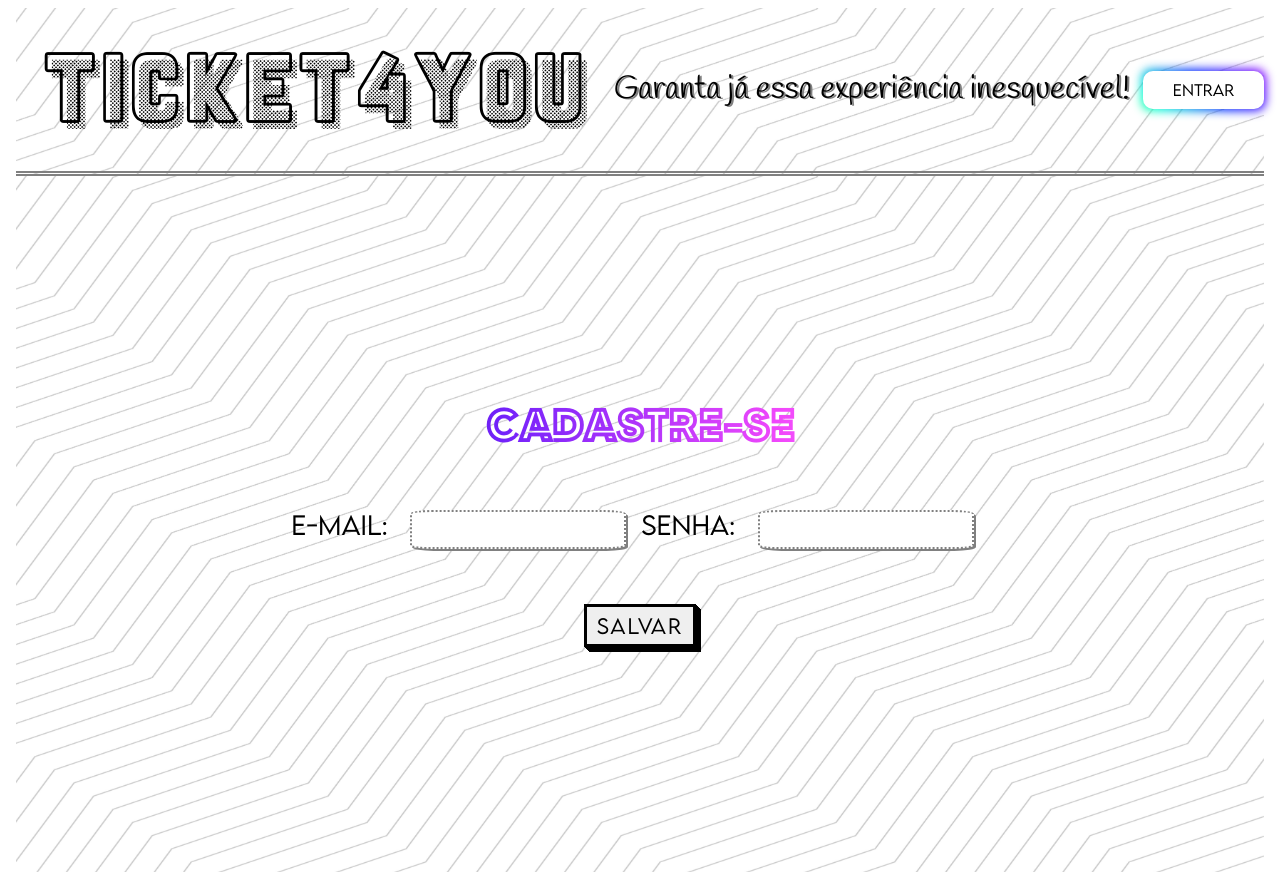
Repository: hellengurgaczz/projeto-DSA
Page: /login/cadastro
An editor plug-in stored every save of this project. The page is shown before and after the next save, followed by the edit.
The browser window is 1280 px wide. The pictures show the whole page.
The project was rebuilt for these pictures with package versions that can differ from the ones it lists, and the page was loaded fresh each time. Also part of the build but not shown: angular.json, src/app/ingressos/templates/cadastrar/cadastrar.component.ts, src/app/models/ingresso.model.ts, src/app/services/ingresso.service.ts, src/app/compra/comprar-ingresso/comprar-ingresso.component.ts, src/app/models/compra.model.ts, src/app/services/compra.service.ts, src/app/ingressos/templates/deletar/deletar.component.ts and 3 more.

Above is the page before, as saved 2022-05-30 14:31:10.

### src/index.html
<!doctype html>
<html lang="en">
<head>
  <meta charset="utf-8">
  <title>ProjetoDSA</title>
  <base href="/">
  <meta name="viewport" content="width=device-width, initial-scale=1">
  <link rel="icon" type="image/x-icon" href="favicon.ico">
</head>
<body>
  <app-root></app-root>
</body>
</html>

### src/app/app.module.ts
import { NgModule } from '@angular/core';
import { BrowserModule } from '@angular/platform-browser';
import { HttpClientModule } from '@angular/common/http';

import { AppRoutingModule } from './app-routing.module';
import { BrowserAnimationsModule } from '@angular/platform-browser/animations';
import { AppComponent } from './app.component';
import { HeaderComponent } from './ingressos/templates/header/header.component';
import { CadastrarComponent } from './ingressos/templates/cadastrar/cadastrar.component';
import { ListarComponent } from './ingressos/templates/listar/listar.component';
import { DeletarComponent } from './ingressos/templates/deletar/deletar.component';
import { EditarComponent } from './ingressos/templates/editar/editar.component';

// imports angular material

import { FormsModule } from '@angular/forms';
import { ComprarIngressoComponent } from './compra/comprar-ingresso/comprar-ingresso.component';
import { LoginComponent } from './login/login.component';
import { LoginCadastroComponent } from './login/login-cadastro/login-cadastro.component';


@NgModule({
  imports: [
    BrowserModule,
    AppRoutingModule,
    HttpClientModule,
    BrowserAnimationsModule,
    FormsModule
  ],
  declarations: [
    AppComponent,
    HeaderComponent,
    CadastrarComponent,
    ListarComponent,
    DeletarComponent,
    EditarComponent,
    ComprarIngressoComponent,
    LoginComponent,
    LoginCadastroComponent
  ],
  providers: [],
  bootstrap: [AppComponent]
})
export class AppModule { }

### src/app/app-routing.module.ts
import { NgModule } from '@angular/core';
import { RouterModule, Routes } from '@angular/router';
import { CadastrarComponent } from './ingressos/templates/cadastrar/cadastrar.component';
import { ComprarIngressoComponent } from './compra/comprar-ingresso/comprar-ingresso.component';
import { DeletarComponent } from './ingressos/templates/deletar/deletar.component';
import { EditarComponent } from './ingressos/templates/editar/editar.component';
import { ListarComponent } from './ingressos/templates/listar/listar.component';
import { LoginComponent } from './login/login.component';
import { LoginCadastroComponent } from './login/login-cadastro/login-cadastro.component';

const routes: Routes = [
  {path: "", component: LoginComponent},
  {path: "cadastrar", component: CadastrarComponent},
  {path: "listar", component: ListarComponent},
  {path: "editar/:id", component: EditarComponent},
  {path: "deletar/:id", component: DeletarComponent},
  {path: "comprar/:id", component: ComprarIngressoComponent},
  {path: "login", component: LoginComponent},
  {path: "login/cadastro", component: LoginCadastroComponent}
];

@NgModule({
  imports: [RouterModule.forRoot(routes)],
  exports: [RouterModule]
})

export class AppRoutingModule { }

### src/app/app.component.ts
import { Component } from '@angular/core';

@Component({
  selector: 'app-root',
  templateUrl: './app.component.html',
  styleUrls: ['./app.component.css']
})
export class AppComponent {
  title = 'projeto-DSA';
}

### src/app/login/login-cadastro/login-cadastro.component.ts
import { Component, OnInit } from '@angular/core';
import { ActivatedRoute, Router } from '@angular/router';
import { Login } from 'src/app/models/login.model';
import { LoginService } from 'src/app/services/login.service';

@Component({
  selector: 'app-login-cadastro',
  templateUrl: './login-cadastro.component.html',
  styleUrls: ['./login-cadastro.component.css']
})
export class LoginCadastroComponent implements OnInit {

  login: Login = new Login();

  constructor(private loginService: LoginService, private router: Router, private route: ActivatedRoute) { }

  ngOnInit(): void {

  }

  salvarLogin() {
    // verifica se este login já não existe:
    if(!this.verificarLogin()) {
      this.loginService.cadastrarLogin(this.login).subscribe(() => {
        this.router.navigate(['/listar']);
      });
    }
  }

  verificarLogin() {
    this.loginService.verificarLogin();

    if(this.login && this.login.senha === this.login.senha) {
      return false;
    } else {
      return true;
    }
  }
}

### src/app/app.component.html
<body>
  <app-header></app-header>

  <main>

    <router-outlet></router-outlet>

  </main>
</body>

### src/app/app.component.css
body {
    background-color: rgba(146, 132, 132, 0.151);
}

### src/app/ingressos/templates/header/header.component.html

<div class="header">
    <div class="titulo">
        <h1 style="font-weight: lighter;">
            TICKET4YOU
        </h1>
        <h4 class="desc">
           Garanta já essa experiência inesquecível!
        </h4>
    </div>
    <div class="login">
        <a routerLink="./login">Entrar</a>
    </div>
</div>

### src/app/ingressos/templates/header/header.component.css
.header {
    display: flex;
    flex-direction: column end;
    background-image: url(../fonts/SL_042620_30310_10.jpg);
    background-size: cover;
    border-bottom: 5px double grey;
}

.titulo {
    display: flex;
    width: 95%;
    align-items: center;
    justify-content: center;
    flex-direction: column end;
    font-size: 25px;
    font-family:AMP;
    margin-left: 15px;
}

.desc{
  font-family: Sacramento;
  font-size: 32px;
  font-weight: normal;
  margin-left: 25px;
  text-shadow: 2px 1px grey;
}

.login {
    display: flex;
    flex-direction: column;
    justify-content: center;
    align-items: center;
}

a{
  padding: 0.6em 2em;
  border: none;
  text-decoration: none;
  font-family: LEMONMILK-Light;
  font-size: 15px;
  outline: none;
  color: rgb(0, 0, 0);
  background: rgb(255, 255, 255);
  cursor: pointer;
  position: relative;
  z-index: 0;
  border-radius: 10px;
  user-select: none;
  -webkit-user-select: none;
  touch-action: manipulation;
}

a::before{
  content: "";
  background: linear-gradient(
    45deg,
    #ff0000,
    #ff7300,
    #fffb00,
    #48ff00,
    #00ffd5,
    #002bff,
    #7a00ff,
    #ff00c8,
    #ff0000
  );
  position: absolute;
  top: -2px;
  left: -2px;
  background-size: 400%;
  z-index: -1;
  filter: blur(5px);
  -webkit-filter: blur(5px);
  width: calc(100% + 4px);
  height: calc(100% + 4px);
  animation: glowing-button-85 20s linear infinite;
  transition: opacity 0.3s ease-in-out;
  border-radius: 10px;
}

a::after{
  z-index: -1;
  content: "";
  position: absolute;
  width: 100%;
  height: 100%;
  background: rgb(255, 255, 255);
  left: 0;
  top: 0;
  border-radius: 10px;
}

@font-face{
  font-family: AMP;
  src:url(../fonts/AMP.ttf)
}

@font-face{
  font-family: LEMONMILK-Light;
  src: url(../fonts/LEMONMILK-Light.otf);
}

@font-face{
  font-family: Sacramento;
  src: url(../fonts/Handlee-Regular.ttf);
}

@keyframes glowing-button-85 {
  0% {
    background-position: 0 0;
  }
  50% {
    background-position: 400% 0;
  }
  100% {
    background-position: 0 0;
  }
}

### src/app/models/login.model.ts
export class Login {
    id: number = 0;
    email?: string;
    senha?: string;
    cpf?: string;
}

### src/app/services/login.service.ts
import { HttpClient } from '@angular/common/http';
import { Injectable } from '@angular/core';
import { ActivatedRoute, Router } from '@angular/router';
import { Observable } from 'rxjs';
import { Login } from '../models/login.model';

@Injectable({
  providedIn: 'root'
})
export class LoginService {

  login: Login = new Login();

  constructor(private http: HttpClient, private router: Router, private route: ActivatedRoute) { }

  URL = "http://localhost:3001/logins";

    buscarLogin(email : String) : Observable<Login>{
      return this.http.get<Login>(this.URL + "/");
    }

    cadastrarLogin(login : Login) : Observable<any> {
      console.log(login)
      return this.http.post(this.URL, login);
    }

    verificarLogin() {
      const email = this.route.snapshot.paramMap.get("email");
      this.buscarLogin(String(email)).subscribe((login) =>{
        this.login = login;
        return login;
      });
    }
}

### src/app/login/login-cadastro/login-cadastro.component.html
<div class="all">
    <div class="cadastrarLogin">
      <h1>CADASTRE-SE</h1>
    </div>
  <form>
      <div class="titles">
          <form action="POST">
              <label for="email">E-mail: </label>
              <input type="text" name="email" [(ngModel)]="login.email">

              <label for="senha">Senha: </label>
              <input name="senha" type="password" [(ngModel)]="login.senha">

          </form>

      </div>
      <div class="acoes">
          <button class="btnSalvarLogin, primary" (click)="salvarLogin()">Salvar</button>
        </div>
  </form>
</div>

### src/app/login/login-cadastro/login-cadastro.component.css
.cadastrarLogin{
  font-family: NEON;
  font-size: 23px;
  text-align: center;
  font-weight: bold;
  background-image: linear-gradient(to right, #560A86, #7122FA, #F148FB, #FFACFC);
  -webkit-background-clip: text;
  color: transparent;
  margin: 0;
}

.titles{
  font-family: LEMONMILK-Light;
  font-size: 25px;
  text-align: center;
  padding: 15px;
}

input{
  font-family: LEMONMILK-Light;
  padding: 9px;
  margin: 15px;
  border-radius: 10%;
  border-color: grey;
  border-style: dotted;
  box-shadow: 2px 2px grey;
}

.all{
  font-family: LEMONMILK-Light;
  font-size: 25px;
  text-align: center;
  padding: 200px;
  background-image: url(../fonts/SL_042620_30310_10.jpg);
  background-size: cover;
}

.acoes{
  text-align: center;
  margin: 0;
}

.primary{
  font-family: LEMONMILK-Light;
  font-size: 20px;
  letter-spacing: 2px;
  text-decoration: none;
  text-transform: uppercase;
  color: #000;
  cursor: pointer;
  border: 3px solid;
  padding: 0.25em 0.5em;
  box-shadow: 1px 1px 0px 0px, 2px 2px 0px 0px, 3px 3px 0px 0px, 4px 4px 0px 0px, 5px 5px 0px 0px;
  position: relative;
  user-select: none;
  -webkit-user-select: none;
  touch-action: manipulation;
  margin: 25px;
}

.primary:active{
  box-shadow: 0px 0px 0px 0px;
  top: 5px;
  left: 5px;
}

@font-face{
  font-family: NEON;
  src: url(../fonts/NEONLEDLight.otf)
}

Loaded but not shown: src/styles.css (common file); src/main.ts (common file); src/environments/environment.ts (common file); src/app/ingressos/templates/header/header.component.ts (common file)

After the next save:
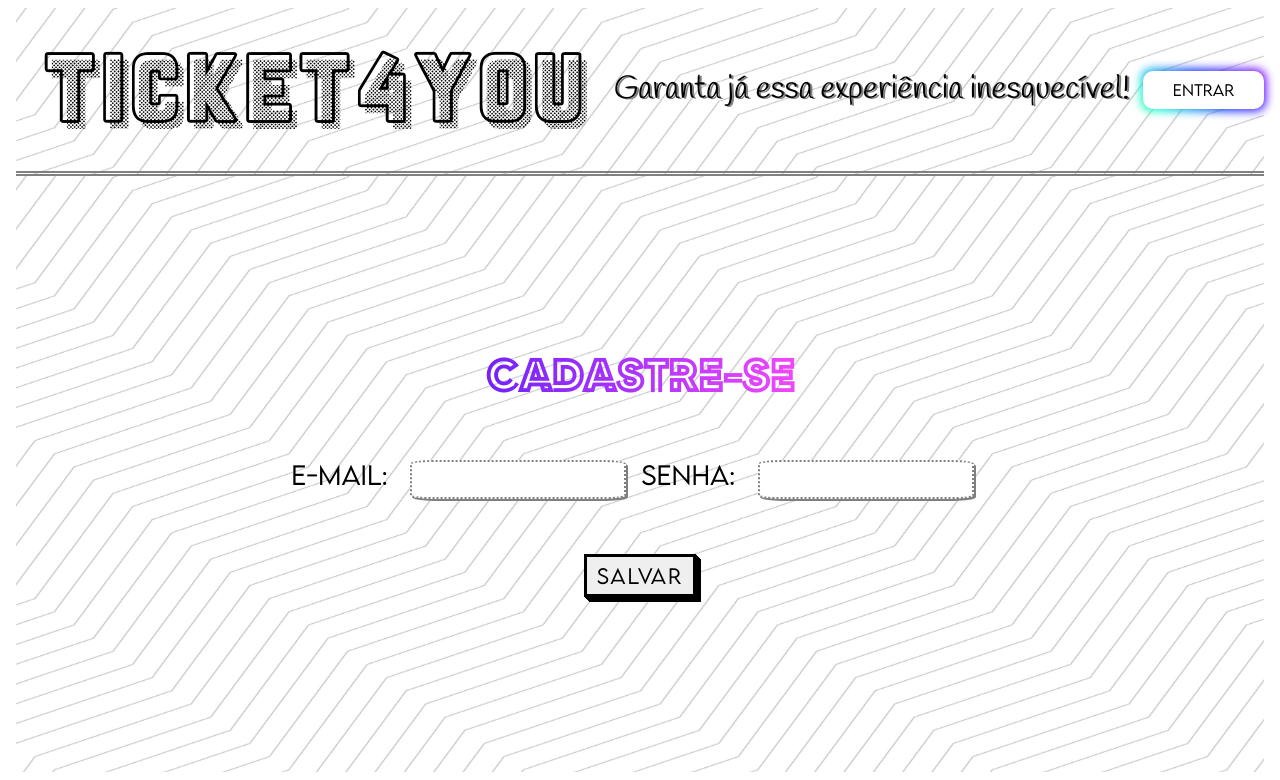
Saved 11 s later.
--- a/src/app/login/login-cadastro/login-cadastro.component.css
+++ b/src/app/login/login-cadastro/login-cadastro.component.css
@@ -30,7 +30,7 @@
   font-family: LEMONMILK-Light;
   font-size: 25px;
   text-align: center;
-  padding: 200px;
+  padding: 150px;
   background-image: url(../fonts/SL_042620_30310_10.jpg);
   background-size: cover;
 }
